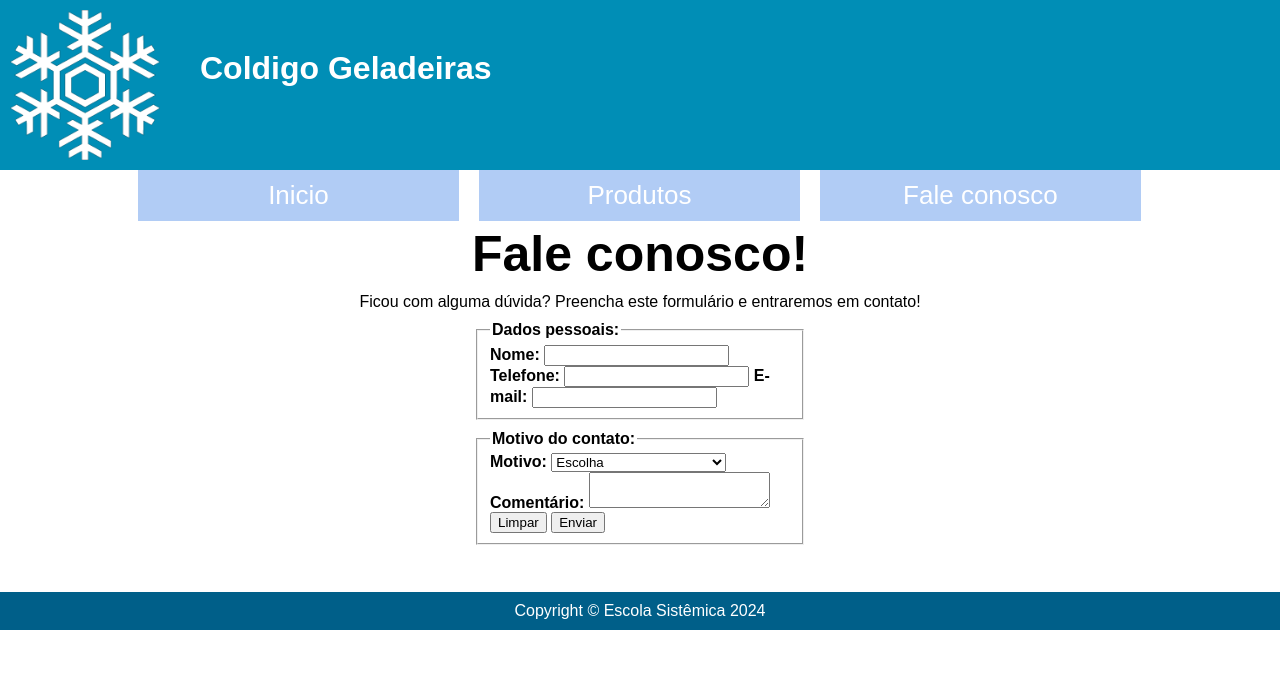
Repository: AndreiLGomes/faculdade
Page: http://localhost/ProjetoTrilhaWeb/pages/site/faleconosco.html
These files come from the project's save history. The page is drawn as it stood at one moment and after the next save; the edit follows.
The browser window is 1280 px wide. The pictures show the whole page.
The page is served by Tomcat 9.

Above is the page before, as saved 2024-04-10 23:27:18.

After the next save:
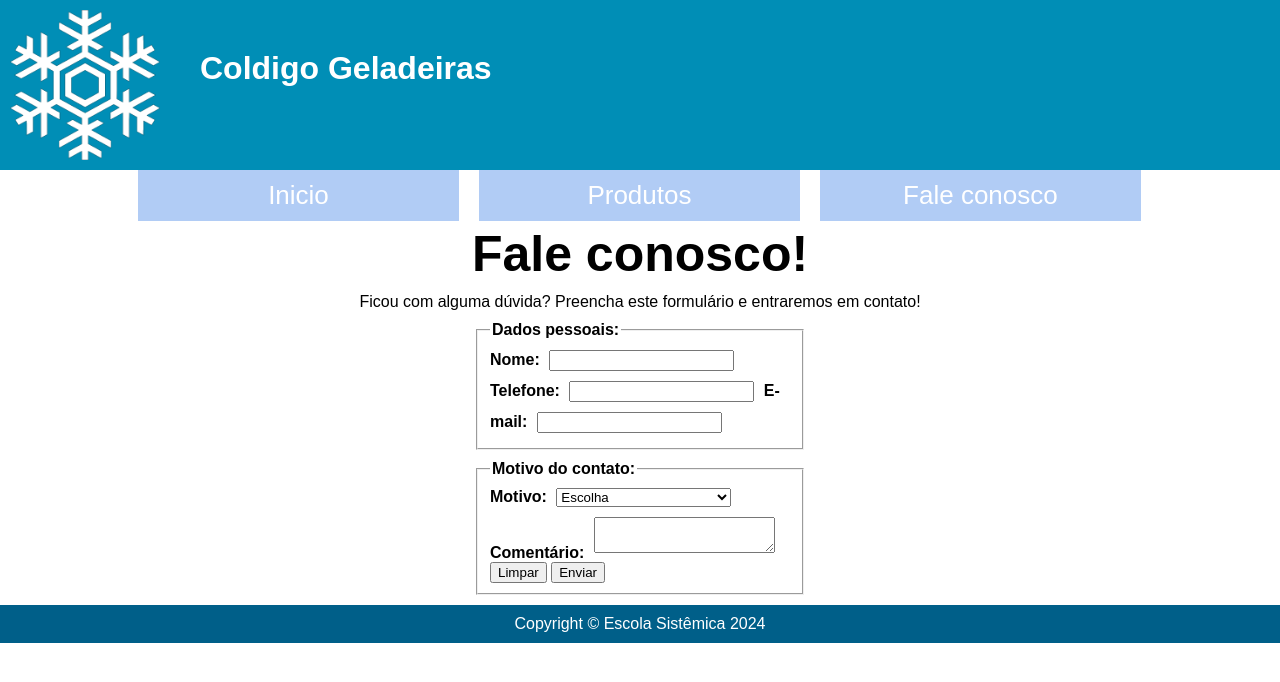
Saved 113 s later.
--- a/2 ano/WorkspaceTrilhaWeb/ProjetoTrilhaWeb/src/main/webapp/css/site.css
+++ b/2 ano/WorkspaceTrilhaWeb/ProjetoTrilhaWeb/src/main/webapp/css/site.css
@@ -154,3 +154,6 @@ tr:nth-child(odd){
 	font-weight: bolder;
 	margin-bottom: 10px;
 }
+.faleConosco input, .faleConosco textarea, .faleConosco select{
+	margin: 5px;
+}
